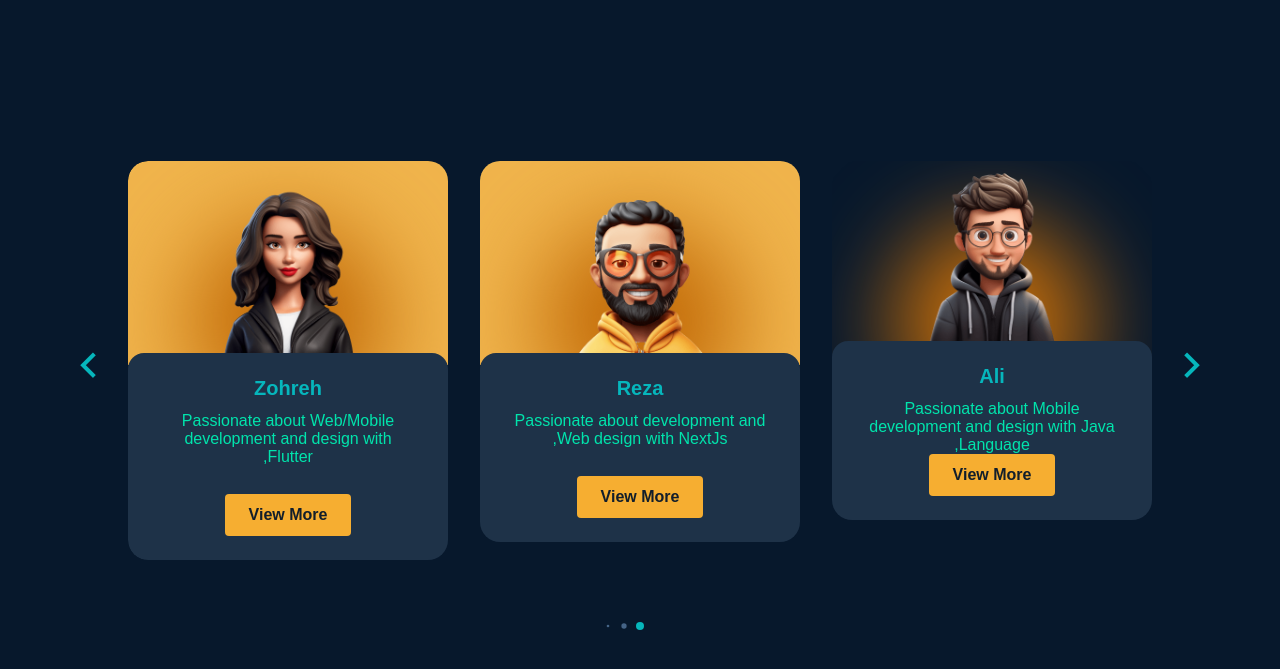
Repository: soroush-g/Card-Slider
Page: index.html
These files come from the project's save history. The page is drawn as it stood at one moment and after the next save; the edit follows.
The browser window is 1280 px wide. The pictures show the whole page.
Some web fonts or font styles are not loaded; a fallback is used.

Above is the page before, as saved 2024-07-22 11:28:21.

### index.html
<!DOCTYPE html>
<html dir="rtl" lang="fa">
<head>
    <meta charset="UTF-8">
    <meta name="viewport" content="width=device-width, initial-scale=1.0">

        <!--=============== REMIXICONS ===============-->
        <link rel="stylesheet" href="https://cdnjs.cloudflare.com/ajax/libs/remixicon/3.5.0/remixicon.css" crossorigin="">

        <!--=============== SWIPER CSS ===============-->
        <link rel="stylesheet" href="assets/css/swiper-bundle.min.css">

        <!--=============== CSS ===============-->
        <link rel="stylesheet" href="assets/css/styles.css">
    <title>Card Slider</title>
</head>
<body>
    <section class="container">
        <div class="card__container swiper">
            <div class="card__content">
                <div class="swiper-wrapper">

                    <article class="card__article swiper-slide">
                        <div class="card_image">
                          <img src="assets/img/avatar-1.png" alt="image" class="card__img">
                          <div class="card__shadow"></div>
                        </div>

                        <div class="card__data">
                            <h3 class="card__name">Ali</h3>
                            <p class="card_description">
                                Passionate about Mobile development and design with Java Language,
                            </p>

                            <a href="#" class="card__button">View More</a>
                        </div>
                    </article>

                    <article class="card__article swiper-slide">
                        <div class="card__image">
                            <img src="assets/img/avatar-2.png" alt="image" class="card__img">
                            <div class="card__shadow"></div>
                        </div>
                        <div class="card__data">
                            <h3 class="card__name">Reza</h3>
                            <p class="card__description">
                               Passionate about development and Web design with NextJs,
                            </p>

                            <a href="#" class="card__button">View More</a>
                         </div>
                    </article>

                    <article class="card__article swiper-slide">
                        <div class="card__image">
                            <img src="assets/img/avatar-3.png" alt="image" class="card__img">
                            <div class="card__shadow"></div>
                        </div>
                        <div class="card__data">
                            <h3 class="card__name">Zohreh</h3>
                            <p class="card__description">
                               Passionate about  Web/Mobile development and design with Flutter,
                            </p>

                            <a href="#" class="card__button">View More</a>
                         </div>
                    </article>

                    <article class="card__article swiper-slide">
                        <div class="card__image">
                            <img src="assets/img/avatar-4.png" alt="image" class="card__img">
                            <div class="card__shadow"></div>
                        </div>
                        <div class="card__data">
                            <h3 class="card__name">Nastaran</h3>
                            <p class="card__description">
                               Passionate about Python Developer,
                            </p>

                            <a href="#" class="card__button">View More</a>
                         </div>
                    </article>

                    <article class="card__article swiper-slide">
                        <div class="card__image">
                            <img src="assets/img/avatar-5.png" alt="image" class="card__img">
                            <div class="card__shadow"></div>
                        </div>
                        <div class="card__data">
                            <h3 class="card__name">Mina</h3>
                            <p class="card__description">
                               Passionate about Scrum Master,
                            </p>

                            <a href="#" class="card__button">View More</a>
                         </div>
                    </article>
                </div>
            </div>

            <!-- Navigation buttons -->
             <div class="swiper-button-next">
                <i class="ri-arrow-right-s-line"></i>
             </div>

             <div class="swiper-button-prev">
                <i class="ri-arrow-left-s-line"></i>
             </div>

            <!-- Pagination -->
            <div class="swiper-pagination"></div>
        </div>
    </section>


      <!--=============== SWIPER JS ===============-->
      <script src="assets/js/swiper-bundle.min.js"></script>

      <!--=============== MAIN JS ===============-->
      <script src="assets/js/main.js"></script>
</body>
</html>

### assets/css/styles.css
/*=============== GOOGLE FONTS ===============*/
@import url("https://fonts.googleapis.com/css2?family=Bai+Jamjuree:wght@400;500;600&display=swap");

/*=============== VARIABLES CSS ===============*/
:root {
  /*========== Colors ==========*/
  /*Color mode HSL(hue, saturation, lightness)*/
  --first-color: hsl(38, 92%, 58%);
  --first-color-light: hsl(38, 85%, 62%);
  --first-color-alt: hsl(32, 91%, 40%);
  --second-color: hsl(182, 94%, 38%);
  --dark-color: hsl(212, 40%, 12%);
  --white-color: hsl(165, 99%, 45%);
  --body-color: hsl(212, 73%, 10%);
  --container-color: hsl(212, 42%, 20%);

  /*========== Font and typography ==========*/
  /*.5rem = 8px | 1rem = 16px ...*/
  --body-font: "Bai Jamjuree", sans-serif;
  --h2-font-size: 1.25rem;
  --normal-font-size: 1rem;
}

/*=============== BASE ===============*/
* {
  box-sizing: border-box;
  padding: 0;
  margin: 0;
}

body {
  font-family: var(--body-font);
  font-size: var(--normal-font-size);
  background-color: var(--body-color);
  color: var(--white-color);
}

a {
  text-decoration: none;
}

img {
  display: block;
  max-width: 100%;
  height: auto;
}

/*=============== CARD ===============*/
.container {
  display: flex;
  justify-content: center;
  align-items: center;
  height: 100vh;
}

.card__container {
  padding-block: 5rem;
}

.card__content {
  margin-inline: 1.75rem;
  border-radius: 1.25rem;
  overflow: hidden;
}

.card__article {
  width: 300px; /* Remove after adding swiper js */
  border-radius: 1.25rem;
  overflow: hidden;
}

.card__image {
  position: relative;
  background-color: var(--first-color-light);
  padding-top: 1.5rem;
  margin-bottom: -.75rem;
}

.card__data {
  background-color: var(--container-color);
  padding: 1.5rem 2rem;
  border-radius: 1rem;
  text-align: center;
  position: relative;
  z-index: 10;
}

.card__img {
  width: 180px;
  margin: 0 auto;
  position: relative;
  z-index: 5;
}

.card__shadow {
  width: 200px;
  height: 200px;
  background-color: var(--first-color-alt);
  border-radius: 50%;
  position: absolute;
  top: 3.75rem;
  left: 0;
  right: 0;
  margin-inline: auto;
  filter: blur(45px);
}

.card__name {
  font-size: var(--h2-font-size);
  color: var(--second-color);
  margin-bottom: .75rem;
}

.card__description {
  font-weight: 500;
  margin-bottom: 1.75rem;
}

.card__button {
  display: inline-block;
  background-color: var(--first-color);
  padding: .75rem 1.5rem;
  border-radius: .25rem;
  color: var(--dark-color);
  font-weight: 600;
}

/* Swiper class */
.swiper-button-prev:after,
.swiper-button-next:after {
  content: "";
}

.swiper-button-prev,
.swiper-button-next {
  width: initial;
  height: initial;
  font-size: 3rem;
  color: var(--second-color);
  display: none;
}

.swiper-button-prev {
  left: 0;
}

.swiper-button-next {
  right: 0;
}

.swiper-pagination-bullet {
  background-color: hsl(212, 32%, 40%);
  opacity: 1;
}

.swiper-pagination-bullet-active {
  background-color: var(--second-color);
}

/*=============== BREAKPOINTS ===============*/
/* For small devices */
@media screen and (max-width: 320px) {
  .card__data {
    padding: 1rem;
  }
}

/* For medium devices */
@media screen and (min-width: 768px) {
  .card__content {
    margin-inline: 3rem;
  }

  .swiper-button-next,
  .swiper-button-prev {
    display: block;
  }
}

/* For large devices */
@media screen and (min-width: 1120px) {
  .card__container {
    max-width: 1120px;
  }

  .swiper-button-prev {
    left: -1rem;
  }
  .swiper-button-next {
    right: -1rem;
  }
}

Loaded but not shown: assets/css/swiper-bundle.min.css (library); assets/js/swiper-bundle.min.js (library); assets/js/main.js (common file)

After the next save:
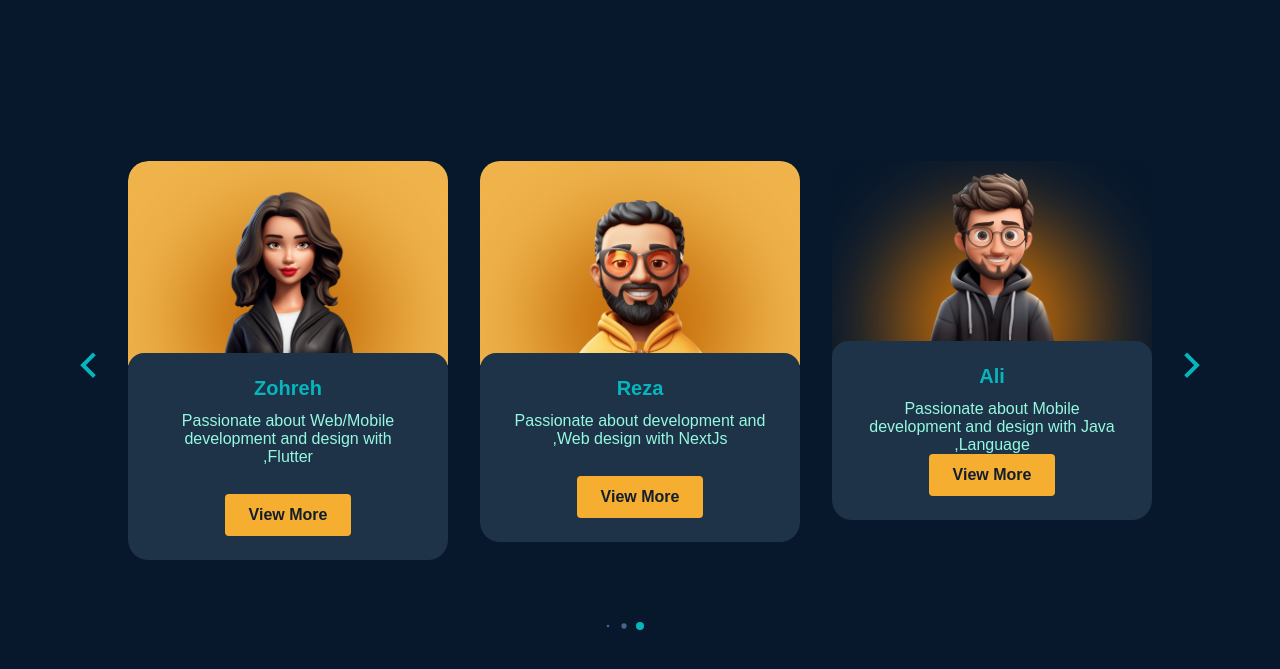
Saved 23 s later.
--- a/assets/css/styles.css
+++ b/assets/css/styles.css
@@ -10,7 +10,7 @@
   --first-color-alt: hsl(32, 91%, 40%);
   --second-color: hsl(182, 94%, 38%);
   --dark-color: hsl(212, 40%, 12%);
-  --white-color: hsl(165, 99%, 45%);
+  --white-color: hsl(165, 89%, 78%);
   --body-color: hsl(212, 73%, 10%);
   --container-color: hsl(212, 42%, 20%);
 
